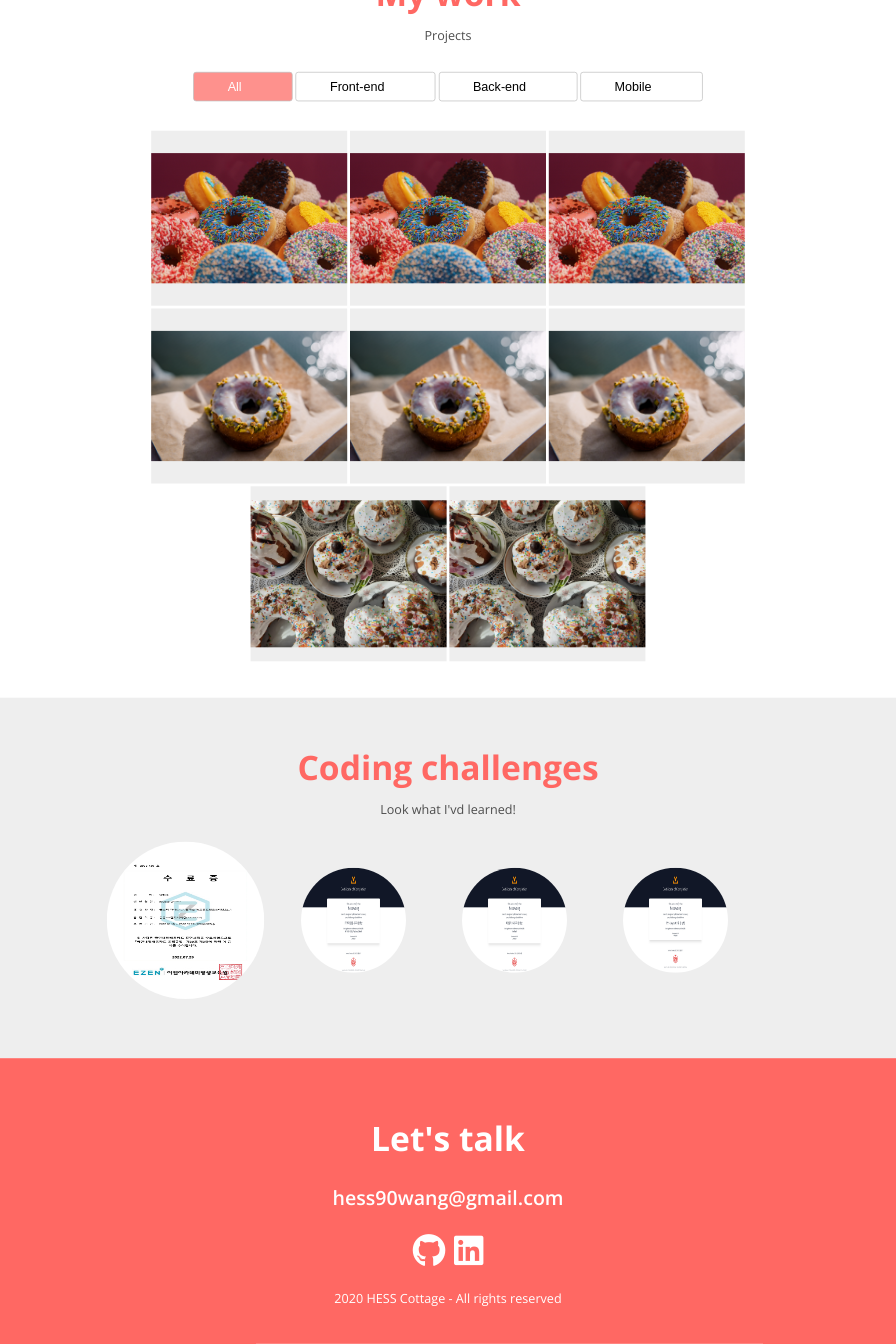
Repository: hesshess/Portfolio
Page: index.html
An editor plug-in stored every save of this project. The page is shown before and after the next save, followed by the edit.
The browser window is 1280 px wide. The pictures show the part of the page from y = 2494 to 4414 px (the page is 4414 px tall), at 70% of full size.
The pointer rests on the first visible `.testimonial`.
Some web libraries are served in a nearby version.

Above is the page before, as saved 2022-10-18 13:50:36.

### index.html
<!DOCTYPE html>
<html lang="en">
  <head>
    <meta charset="UTF-8" />
    <meta name="viewport" content="width=device-width, initial-scale=1.0" />
    <title>Hess's Portfolio</title>
    <meta
      name="description"
      content="Portfolio for world-renowed software engineer Hess"
    />
    <meta name="author" content="Hess" />
    <link rel="icon" type="image/png" href="imgs/favicon.png" />
    <script
      src="https://kit.fontawesome.com/1af2041847.js"
      crossorigin="anonymous"
    ></script>
    <link
      href="https://fonts.googleapis.com/css2?family=Amatic+SC:wght@400;700&family=Open+Sans:wght@400;600;700&display=swap"
      rel="stylesheet"
    />
    <link rel="stylesheet" href="style.css" />
    <script src="main.js" defer></script>
  </head>
  <body>
    <!-- Navbar -->
    <nav id="navbar">
      <div class="navbar__logo">
        <i class="fas fa-home"></i>
        <a href="#">Hess</a>
      </div>
      <div class="navbar__menu">
        <ul class="navbar__menu">
          <li class="navbar__menu__item active" data-link="#home">Home</li>
          <li class="navbar__menu__item" data-link="#about">About</li>
          <li class="navbar__menu__item" data-link="#skills">Skills</li>
          <li class="navbar__menu__item" data-link="#work">My Work</li>
          <li class="navbar__menu__item" data-link="#testimonials">
            Testimonial
          </li>
          <li class="navbar__menu__item" data-link="#contact">Contact</li>
        </ul>
      </div>
      <!-- Toggle button -->
      <button class="navbar__toggle-btn">
        <i class="fas fa-bars"></i>
      </button>
    </nav>
    <!-- Home -->
    <section id="home">
      <div class="home__container">
        <img
          src="imgs/profile.JPG"
          alt="Hess's profile Photo"
          class="home__avatar"
        />

        <h1 class="home__title">Hello, <br />I'm Hess</h1>
        <h2 class="home__description">
          A Softerware Engineer currently residing in Newry, Northern Ireland.
        </h2>
        <button class="home__contact" data-link="#contact">Contact Me</button>
      </div>
    </section>

    <!-- About -->

    <section id="about" class="section section__container">
      <h1>About me</h1>
      <p>Enthusiasic Fast Learner who's also interested in Back-end</p>
      <div class="about__majors">
        <div class="major">
          <div class="major__icon">
            <i class="fab fa-html5"></i>
          </div>
          <h2 class="major__title">Front-end</h2>
          <div class="major__description">
            HTML, CSS, JavaScript, TypeScript,<br />React,Vue, Web APIs
          </div>
        </div>
        <div class="major">
          <div class="major__icon">
            <i class="fas fa-mobile-alt"></i>
          </div>
          <h2 class="major__title">Mobile</h2>
          <div class="major__description">
            Android, iOS, React Native, Flutter,<br />Java, Swift, Kotlin
          </div>
        </div>
        <div class="major">
          <div class="major__icon">
            <i class="fas fa-server"></i>
          </div>
          <h2 class="major__title">Back-end</h2>
          <div class="major__description">
            Java, JavaScript, Go, NodeJS,<br />Rest APIs, GraphGL
          </div>
        </div>
      </div>
      <div class="about__jobs">
        <div class="job">
          <img
            src="imgs/jobs/city.png"
            alt="City Cuty Free"
            class="job__logo"
          />
          <div class="job__description">
            <p class="job__name">
              As a chasier, I worked at the Incheon International Airport.
            </p>
            <p class="job__period">2018 OCT - 2019 OCT</p>
          </div>
        </div>
        <div class="job">
          <img
            src="imgs/jobs/scenic.jpeg"
            alt="Scenic Hotel"
            class="job__logo"
          />
          <div class="job__description">
            <p class="job__name">
              As a housekeeper, I worked at the Scenic Hotel in New Zealand.
            </p>
            <p class="job__period">2017 NOV - 2018 MAY</p>
          </div>
        </div>
        <div class="job">
          <img
            src="imgs/jobs/bik.png"
            alt="BIK Kindergarten"
            class="job__logo"
          />
          <div class="job__description">
            <p class="job__name">
              As an asistance teacher, I helped out the children.
            </p>
            <p class="job__period">2016 SEP - 2017 June</p>
          </div>
        </div>
      </div>
    </section>

    <!-- Skills -->
    <section id="skills" class="section">
      <div class="section__container">
        <h1>Skills</h1>
        <h2>Skills & Attributes</h2>
        <p>
          Experience with all phases of the software life-cycle. Passion for
          learning new technologies. Capable of working within a team
          environment and independently. Ability to plan and time schedule, work
          under strict time pressure and adapt quickly when needed.
        </p>
        <div class="skillset">
          <div class="skillset__left">
            <h3 class="skillset__title">Skills</h3>
            <div class="skill">
              <div class="skill__description">
                <span>HTML</span>
                <span>99%</span>
              </div>
              <div class="skill__bar">
                <div class="skill__value" style="width: 99%"></div>
              </div>
            </div>
            <div class="skill">
              <div class="skill__description">
                <span>CSS</span>
                <span>89%</span>
              </div>
              <div class="skill__bar">
                <div class="skill__value" style="width: 89%"></div>
              </div>
            </div>
            <div class="skill">
              <div class="skill__description">
                <span>JavaScript</span>
                <span>79%</span>
              </div>
              <div class="skill__bar">
                <div class="skill__value" style="width: 79%"></div>
              </div>
            </div>
            <div class="skill">
              <div class="skill__description">
                <span>TypeScript</span>
                <span>69%</span>
              </div>
              <div class="skill__bar">
                <div class="skill__value" style="width: 69%"></div>
              </div>
            </div>
            <div class="skill">
              <div class="skill__description">
                <span>React</span>
                <span>59%</span>
              </div>
              <div class="skill__bar">
                <div class="skill__value" style="width: 59%"></div>
              </div>
            </div>
            <div class="skill">
              <div class="skill__description">
                <span>NodeJS</span>
                <span>49%</span>
              </div>
              <div class="skill__bar">
                <div class="skill__value" style="width: 49%"></div>
              </div>
            </div>
          </div>
          <div class="skillset__right">
            <div class="tools">
              <h3 class="skillset__title">Tools</h3>
              <ul class="tools__list">
                <li><span>Visual Studio Code</span></li>
                <li><span>Adobe Premiere Pro</span></li>
                <li><span>Apple Logic</span></li>
                <li><span>Apple Finalcut Pro</span></li>
                <li><span>Cinema 4d</span></li>
              </ul>
            </div>
            <div class="etc">
              <h3 class="skillset__title">Etc</h3>
              <ul class="etc__list">
                <li><span>Git</span></li>
                <li><span>Sing</span></li>
                <li><span>Dance</span></li>
              </ul>
            </div>
          </div>
        </div>
      </div>
    </section>
    <!-- Work -->
    <section id="work" class="section">
      <div class="section__container">
        <h1>My work</h1>
        <h3>Projects</h3>
        <div class="work__categories">
          <button class="category__btn active" data-filter="*">
            All<span class="category__count">8</span>
          </button>
          <button class="category__btn" data-filter="front-end">
            Front-end<span class="category__count">3</span>
          </button>
          <button class="category__btn" data-filter="back-end">
            Back-end<span class="category__count">3</span>
          </button>
          <button class="category__btn" data-filter="mobile">
            Mobile<span class="category__count">2</span>
          </button>
        </div>

        <div class="work__projects">
          <a
            href="깃허브링크"
            class="project"
            target="blank"
            data-type="front-end"
          >
            <img src="imgs/projects/1.jpg" alt="Youtube" class="project__img" />
            <div class="testimonial__description">
              <h3>Youtube Site</h3>
              <span>Clone coding with HTML and CSS</span>
            </div>
          </a>
          <a
            href="깃허브링크"
            class="project"
            target="blank"
            data-type="front-end"
          >
            <img src="imgs/projects/1.jpg" alt="Youtube" class="project__img" />
            <div class="testimonial__description">
              <h3>Youtube Site</h3>
              <span>Clone coding with HTML and CSS</span>
            </div>
          </a>
          <a
            href="깃허브링크"
            class="project"
            target="blank"
            data-type="front-end"
          >
            <img src="imgs/projects/1.jpg" alt="Youtube" class="project__img" />
            <div class="testimonial__description">
              <h3>Youtube Site</h3>
              <span>Clone coding with HTML and CSS</span>
            </div>
          </a>
          <a
            href="깃허브링크"
            class="project"
            target="blank"
            data-type="back-end"
          >
            <img src="imgs/projects/2.jpg" alt="Youtube" class="project__img" />
            <div class="testimonial__description">
              <h3>Youtube Site</h3>
              <span>Clone coding with HTML and CSS</span>
            </div>
          </a>
          <a
            href="깃허브링크"
            class="project"
            target="blank"
            data-type="back-end"
          >
            <img src="imgs/projects/2.jpg" alt="Youtube" class="project__img" />
            <div class="testimonial__description">
              <h3>Youtube Site</h3>
              <span>Clone coding with HTML and CSS</span>
            </div>
          </a>
          <a
            href="깃허브링크"
            class="project"
            target="blank"
            data-type="back-end"
          >
            <img src="imgs/projects/2.jpg" alt="Youtube" class="project__img" />
            <div class="testimonial__description">
              <h3>Youtube Site</h3>
              <span>Clone coding with HTML and CSS</span>
            </div>
          </a>
          <a
            href="깃허브링크"
            class="project"
            target="blank"
            data-type="mobile"
          >
            <img src="imgs/projects/3.jpg" alt="Youtube" class="project__img" />
            <div class="testimonial__description">
              <h3>Youtube Site</h3>
              <span>Clone coding with HTML and CSS</span>
            </div>
          </a>
          <a
            href="깃허브링크"
            class="project"
            target="blank"
            data-type="mobile"
          >
            <img src="imgs/projects/3.jpg" alt="Youtube" class="project__img" />
            <div class="testimonial__description">
              <h3>Youtube Site</h3>
              <span>Clone coding with HTML and CSS</span>
            </div>
          </a>
        </div>
      </div>
    </section>
    <!-- Testimonials -->
    <section id="testimonials" class="section">
      <div class="section__container">
        <h1>Coding challenges</h1>
        <h3>Look what I'vd learned!</h3>
        <div class="testimonials">
          <div class="testimonial">
            <img
              src="imgs/testimonial/certificate1.jpg"
              class="testimonial__avatar"
            />
            <div class="testimonial__description">
              <h3>이젠 - 풀스택 Javascript 웹개발자(프론트엔드&백엔드)</h3>
              <span>2022.01.18 ~ 2022.07.29 (126일/920H)</span>
            </div>
          </div>

          <div class="testimonial">
            <img
              src="imgs/testimonial/nomad1.jpg"
              class="testimonial__avatar"
            />
            <div class="testimonial__description">
              <h3>노마드코드 - 카카오 클론 2주 챌린지</h3>
              <span>HTML5, CSS3, Flexbox, Github</span>
          </div>
          </div>
          <div class="testimonial">
            <img
              src="imgs/testimonial/nomad2.jpg"
              class="testimonial__avatar"
            />
            <div class="testimonial__description">
              <h3>노마드코드 - 바닐라 JS 2주 챌린지</h3>
              <span>HTML5, CSS3, VanillaJS</span>
          </div></div>
          <div class="testimonial">
            <img
              src="imgs/testimonial/nomad3.jpg"
              class="testimonial__avatar"
            />
            <div class="testimonial__description">
              <h3>노마드코드 - CSS LAYOUT 2주 챌린지</h3>
              <span>Flexbox, Grid, Scss</span>
          </div>
        </div>
      </div>
    </section>
    <!-- Contact -->
    <section id="contact" class="section">
      <h1 class="contact__title">Let's talk</h1>
      <h2>
        <a href="mailto:hess90wang@gmail.com" class="contact__email"
          >hess90wang@gmail.com</a
        >
      </h2>
      <div class="contact__links">
        <a href="https://github.com/hesshess" target="_blank">
          <i class="fab fa-github"></i>
        </a>
        <a
          href="https://www.linkedin.com/in/hess-wang-294197254/"
          target="_blank"
        >
          <i class="fa fa-linkedin-square"></i
        ></a>
      </div>
      <p class="contact__rights">2020 HESS Cottage - All rights reserved</p>
    </section>

    <!-- Arrow up -->
    <button class="arrow-up">
      <i class="fas fa-arrow-up"></i>
    </button>
  </body>
</html>

### style.css
/* Global */
:root {
  /* Color */

  --color-white: #ffffff;

  --color-light-white: #eeeeee;

  --color-dark-white: #bdbdbd;

  --color-pink: #fe918d;

  --color-dark-pink: #ff6863;

  --color-dark-grey: #4d4d4d;

  --color-grey: #616161;

  --color-light-grey: #7c7979;

  --color-blue: #73aace;

  --color-yellow: #fff7d1;

  --color-orange: #feb546;

  --color-black: #000000;

  /* Font size */

  --font-large: 48px;

  --font-medium: 28px;

  --font-regular: 18px;

  --font-small: 16px;

  --font-micro: 14px;

  /* Font weight */

  --weight-bold: 700;

  --weight-semi-bold: 600;

  --weight-regular: 400;

  /* Size */
  --size-border-radius: 4px;

  /* Animation */
  --animation-duration: 300ms;
}

/* Universal tags */
* {
  box-sizing: border-box;
}

body {
  margin: 0;
  font-family: "Open Sans", sans-serif;
  cursor: default;
}

a {
  text-decoration: none;
  color: var(--color-white);
}
ul {
  list-style: none;
  padding-left: 0;
}
li {
  list-style: none;
}

button {
  background-color: transparent;
  cursor: pointer;
  border: none;
  outline: none;
}

/* Typography */
h1 {
  font-size: var(--font-large);
  font-weight: var(--weight-bold);
  color: var(--color-dark-pink);
  margin: 16px 0;
}

h2 {
  font-size: var(--font-medium);
  font-weight: var(--weight-semi-bold);
  color: var(--color-dark-grey);
  margin: 8px 0;
}

h3 {
  font-size: var(--font-regular);
  font-weight: var(--weight-regular);
  color: var(--color-dark-grey);
  margin: 8px 0;
}

p {
  font-size: var(--font-regular);
  font-weight: var(--weight-regular);
  color: var(--color-light-grey);
  margin: 4px 0;
}

/* Navbar */
#navbar {
  position: fixed;
  width:100%;
  display: flex;
  justify-content: space-between;
  background-color: transparent;
  align-items: center;
  color: var(--color-dark-white);
  padding: 10px;
  transition: all var(--animation-duration) ease-in-out;
  z-index:1;
}
#navbar.navbar--dark{
  background-color: var(--color-pink);
  color:var(--color-white);
  padding: 5px;

}
.navbar__menu {
  display: flex;
  margin: 4px 0;
}

.navbar__logo {
  font-size: var(--font-medium);
  font-weight: var(--weight-semi-bold);
  padding-left: 10px;
}
.navbar__menu__item {
  padding: 4px 6px;
  margin: 0 4px;
  cursor: pointer;
  border-radius: var(--size-border-radius);
}

.navbar__menu__item.active {
  border: 1.5px solid var(--color-pink);
}

.navbar__menu__item:hover {
  background-color: var(--color-dark-pink);
  border-radius: var(--size-border-radius);
}

.navbar__toggle-btn{
  position: absolute;
  top:10px;
  right:16px;
  font-size: 24px;
  color:var(--color-white);
  display:none;

}

/* Home */
#home {
  background: url("imgs/home-background.png") center/cover no-repeat;
  padding: 40px;
  padding-top:120px;
  text-align: center;
}

.home__avatar {
  width: 250px;
  height: 250px;
  border-radius: 50%;
  border: 3px solid var(--color-pink);
}

.home__title,
.home__description {
  color: var(--color-light-grey);
}
.home__contact {
  color: var(--color-grey);
  font-size: var(--font-regular);
  font-weight: var(--weight-bold);
  margin: 24px;
  padding: 8px 12px;
  border: 2px solid var(--color-light-grey);
  border-radius: var(--size-border-radius);
}

/* Section Common*/
.section {
  text-align: center;
  padding: 50px;
  margin: auto;
}

.section__container {
  max-width: 1000px;
  margin: auto;
}

/* About */
.about__majors {
  display: flex;
  justify-content: space-between;
  margin: 80px 0;
}


.major__icon {
  width: 170px;
  height: 170px;
  font-size: 70px;
  line-height: 170px;
  color: var(--color-dark-pink);
  margin: auto;
  border: 1px solid var(--color-dark-pink);
  border-radius: 50%;
  margin-bottom: 16px;
}

.major__icon i {
  transition: all var(--animation-duration) ease;
}

.major__icon:hover i {
  color: var(--color-pink);
  transform: rotate(30deg) scale(1.2);
}

.major__title,
.major__description {
  color: var(--color-dark-grey);
}

.major__description {
  font-size: var(--font-small);
}

.job {
  display: flex;
  align-items: center;
}

.job__description {
  margin: 0 16px;
  text-align: left;
}

.job__name,
.job__period {
  color: var(--color-light-grey);
}

.job__name {
  font-size: var(--font-small);
}

.job__period {
  font-size: var(--font-micro);
}

.job__logo {
  width: 80px;
  height: 80px;
  border-radius: 50%;
  margin-right: 20px;
}

/* Skill */
#skills {
  background-color: var(--color-yellow);
}

.skillset {
display: flex;
background-color:var(--color-light-grey);
color:var(--color-light-white);
margin:20px 0;
}

.skillset__title{
    color:var(--color-white);

}

.skillset__left{
flex-basis: 60%;
background-color:var(--color-dark-grey);
padding: 20px 40px;
}

.skill{
  margin-bottom: 32px;
}

.skill__description{
    display:flex;
    justify-content: space-between;

}

.skill__bar{
  width: 100%;
  height:3px;
  background-color: var(--color-grey);

}
.skill__value{
  height:3px;
  background-color: var(--color-orange);
}

.skillset__right{
flex-basis: 40%;
}

.tools {
    background-color: var(--color-grey);
}

.tools, .etx{
  padding: 20px;
}

/* Work */


.work__categories {
  margin:40px;
}
.category__btn{
  border: 1px solid var(--color-dark-white);
  border-radius:  var(--size-border-radius);
  font-size:var(--font-regular);
  padding: 8px 48px;
}

.category__btn.active, .category__btn:hover{
  background-color: var(--color-pink);
  color: var(--color-white);
}

.category__btn .active .category__count,.category__btn:hover .category__count {
  opacity: 1;
  top: 0;
}



.category__count{
  background-color: var(--color-orange);
  border-radius: 50%;
  color:var(--color-white);
  width:24px;
  height:24px;
  display: inline-block;
  line-height: 24px ;
  position:relative;
  top: -20px;
  left:4px;
  opacity:0;
  transition: all var(--animation-duration) ease-in;

}

 .work__projects{
   display:flex;
   flex-wrap:wrap;
   justify-content: center;
   opacity:1;
   transition: all var(--animation-duration) ease-out;

 }
 .work__projects.anim-out{
   opacity:0;
   transform: scale(0.96) translateY(40px);
 }

 .project {
   position: relative;
   display:flex;
   justify-content: center;
   align-items: center;
   width:280px;
   height:250px;
   margin:2px;
   background-color: var(--color-light-white);

 }
 .project.invisible{
   display:none;
 }

 .project__img{
   max-width:100%;
   max-height:100%;
 }

 .project__description , .testimonial__description{
   position: absolute;
   background-color: black;
   display: flex;
   flex-direction: column;
   justify-content: center;
   width:100%;
   height:100%;
   top:0;
   left:0;
   opacity:0;
   transform:translateY(10px);
   transition: all var(--animation-duration) ease-in;
 }
 .project:hover .project__description{
opacity:0.8;
transform:translateY(0px);
 }

 .project__description h3{
   color:var(--color-white);

 }

 .project__description h3:after{
   display: block;
   content:'';
   position: relative;
   left:50%;
   width:25px;
   height:2px;
   margin-left: -12px;
   margin-top: 8px;
   background-color: var(--color-dark-white);
 }


/* testimonial */
#testimonials{
  background-color: var(--color-light-white);

}

.testimonials {
  margin: 40px;
  display: flex;
  justify-content: space-around;
}

.testimonial{
  display: flex;
margin:32px 0;
transition: all var(--animation-duration) ease-in;
}
.testimonial:hover {
  transform: scale(1.5);
}
.testimonial .project__description{
  opacity:0.8;
  transform:translateY(0px);
   }

.testimonial__avatar{
  width:150px;
  height:150px;
  border-radius: 50%;

}
.testimonial__avatar:nth-child(odd){
  margin-right:40px;
}
.testimonial__avatar:nth-child(even){
  margin-left:40px;
}

.testimonial__speech-bubble{
  padding:18px;
  background-color: var(--color-white);
  border-radius: var(--size-border-radius);
}

.testimonial__speech-bubble p {
  color: var(--color-light-grey);

}

.testimonial__speech-bubble a{
  color: var(--color-pink);
}

/* Contact */

#contact{
  background-color: var(--color-dark-pink);


}
.contact__title, .contact__email, .contact__rights{
  color: var(--color-white);
}

.contact__title{
  margin: 32px 0;

}

.contact__links{
  font-size: var(--font-large);
  margin: 24px 0px;
  transition: all var(--animation-duration) ease-in;

}

.contact__links i:hover {
  transform: scale(1.3);
  color:var(--color-orange);

}


/* Scroll */
.arrow-up{
  position:fixed;
  bottom: 50px;
  right:50px;
  width:70px;
  height:70px;
  font-size: 50px;
  background-color: var(--color-pink);
  color: var(--color-white);
  border-radius: 50%;
  opacity:0;
  pointer-events: none ;
  transition: all var(--animation-duration) ease-in
}

.arrow-up.visible {
  opacity:1;
  pointer-events: auto;
}


/* For below 768px screen width */

@media screen and (max-width:768px){
.navbar__toggle-btn{
  display:block;

}
#navbar{
  font-display: column;
align-items:flex-start;
}
.navbar__menu{
  flex-direction: column;
  text-align: center;
  width:100%;
  display:none;

}

.about__majors{
  flex-direction: column;

}
.major{
margin-bottom: 38px;

}

.skillset {
  flex-direction: column;

}

.project{
  flex-grow: 1;
}

.testimonial__avatar{
  width:80px;
  height:80px;
}



}

Loaded but not shown: main.js (81 lines, source omitted)

After the next save:
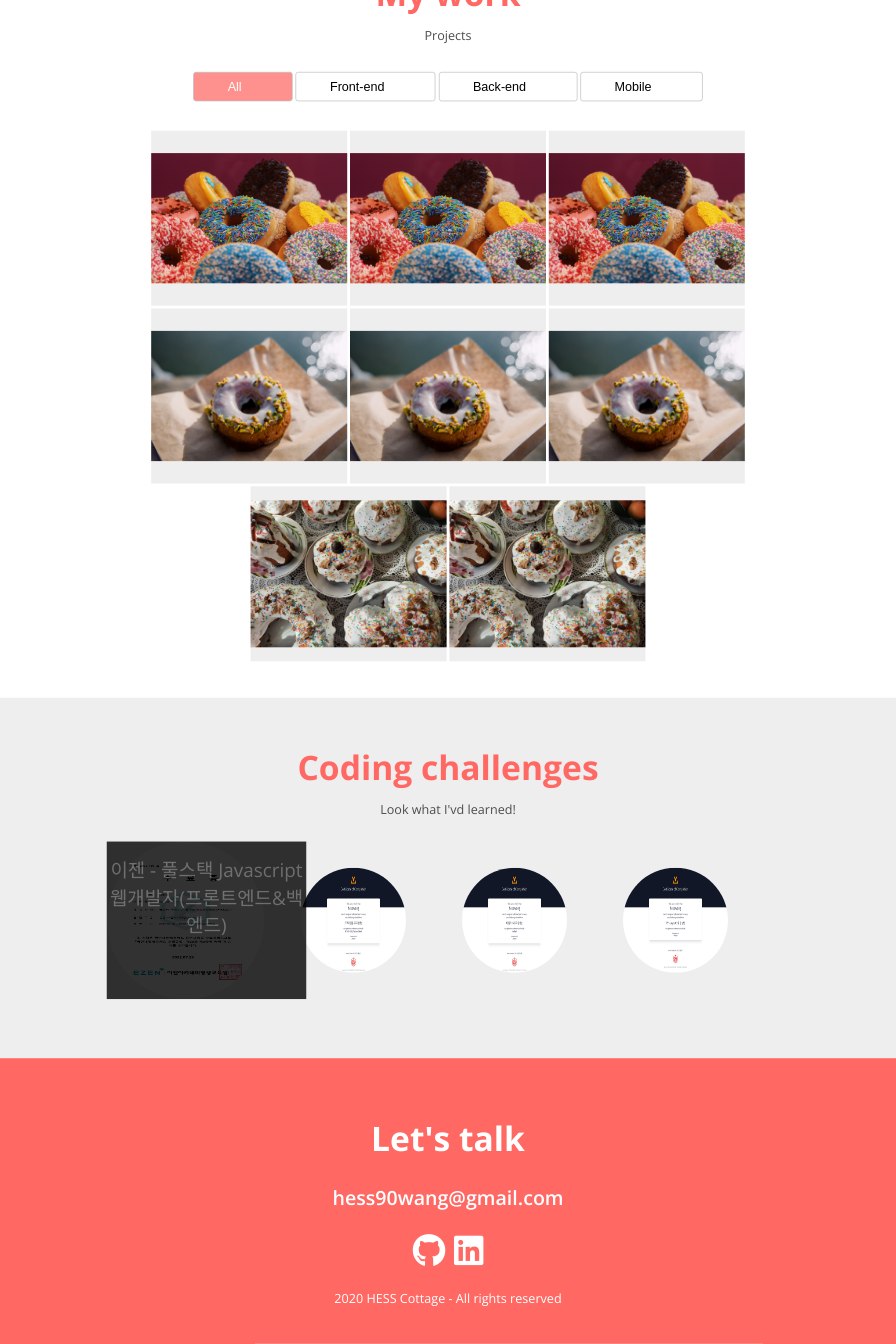
Saved 62 s later.
--- a/style.css
+++ b/style.css
@@ -424,6 +424,10 @@
 opacity:0.8;
 transform:translateY(0px);
  }
+ .testimonial:hover .testimonial__description{
+  opacity:0.8;
+  transform:translateY(0px);
+   }
 
  .project__description h3{
    color:var(--color-white);
